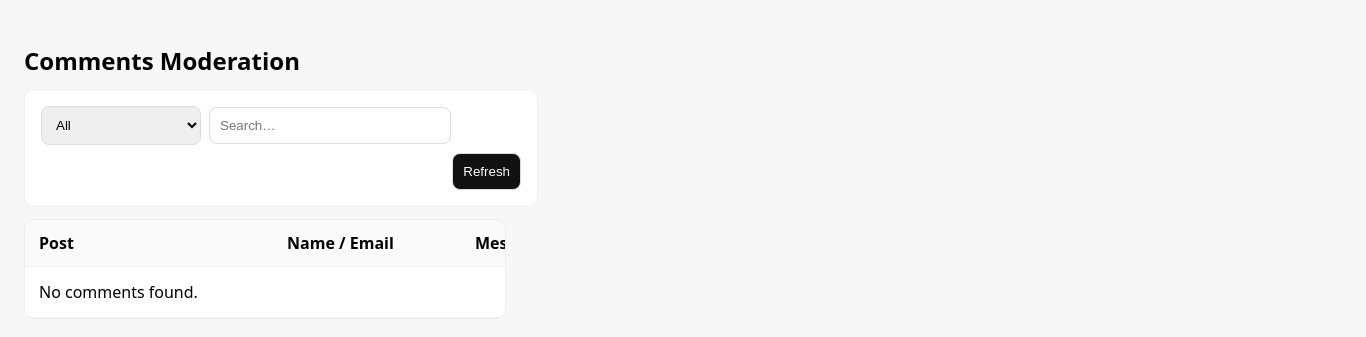
Repository: sanjeevuiuxdev/tti_admin
Page: /comments
These files come from the project's save history. The page is drawn as it stood at one moment and after a run of saves; the edit follows.
The browser window is 1280 px wide. The page is 1280 px wide, then 1366 px, so the pictures cover 1366 px, including what lies to the right of the window. The pictures show the whole page.
The page's requests for data from a server got no answer. The project was rebuilt for these pictures with package versions that can differ from the ones it lists, and the page was loaded fresh each time. No one was signed in, and anything a server would have sent is missing. Also part of the build but not shown: vite.config.js, src/auth/ProtectedRoute.jsx, src/pages/ Login.jsx, src/components/Topbar.jsx, src/api/client.js, src/pages/Dashboard.jsx, src/pages/Categories.jsx, src/constants/sections.js and 3 more.

Above is the page before, as saved 2025-11-09 02:51:25.

After the next 14 saves:
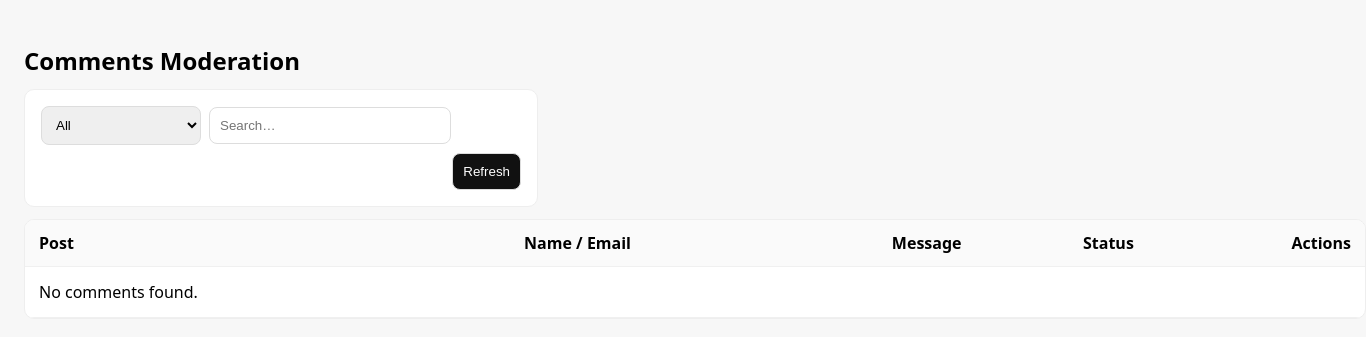
The 14 saves are shown as one change because they came seconds apart.
The last was saved 6 min 4 s later.
--- a/src/pages/Comments.jsx
+++ b/src/pages/Comments.jsx
@@ -87,7 +87,7 @@ export default function Comments() {
       </div>
 
       {/* Table */}
-      <div className="card" style={{ marginTop: 12, padding: 0, overflowX: "auto" }}>
+      <div className="card" style={{ marginTop: 12, padding: 0, overflowX: "auto", width:"1340px" }}>
         {loading ? (
           <div style={{ padding: 14 }}>Loading…</div>
         ) : (
